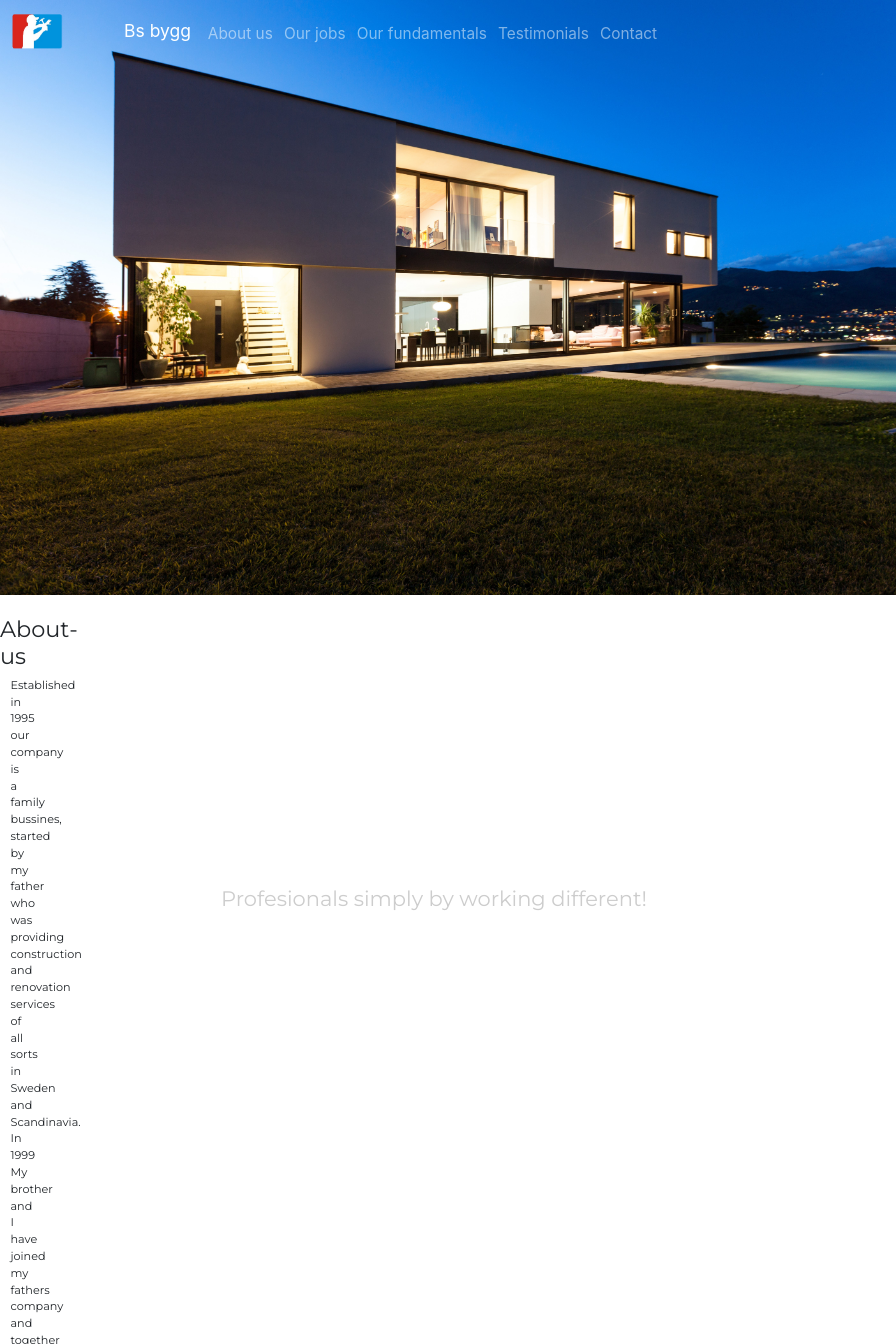
Repository: Bartie1982/milestone-project-1
Page: index.html
The author's editor kept a record of every edit. The page is drawn from the files as they stood at one moment, then again after the next edit.
The browser window is 1280 px wide. The pictures show the part of the page from y = 0 to 1920 px (the page is 5295 px tall before and 5165 px after), at 70% of full size.

Above is the page before.

After the next edit:
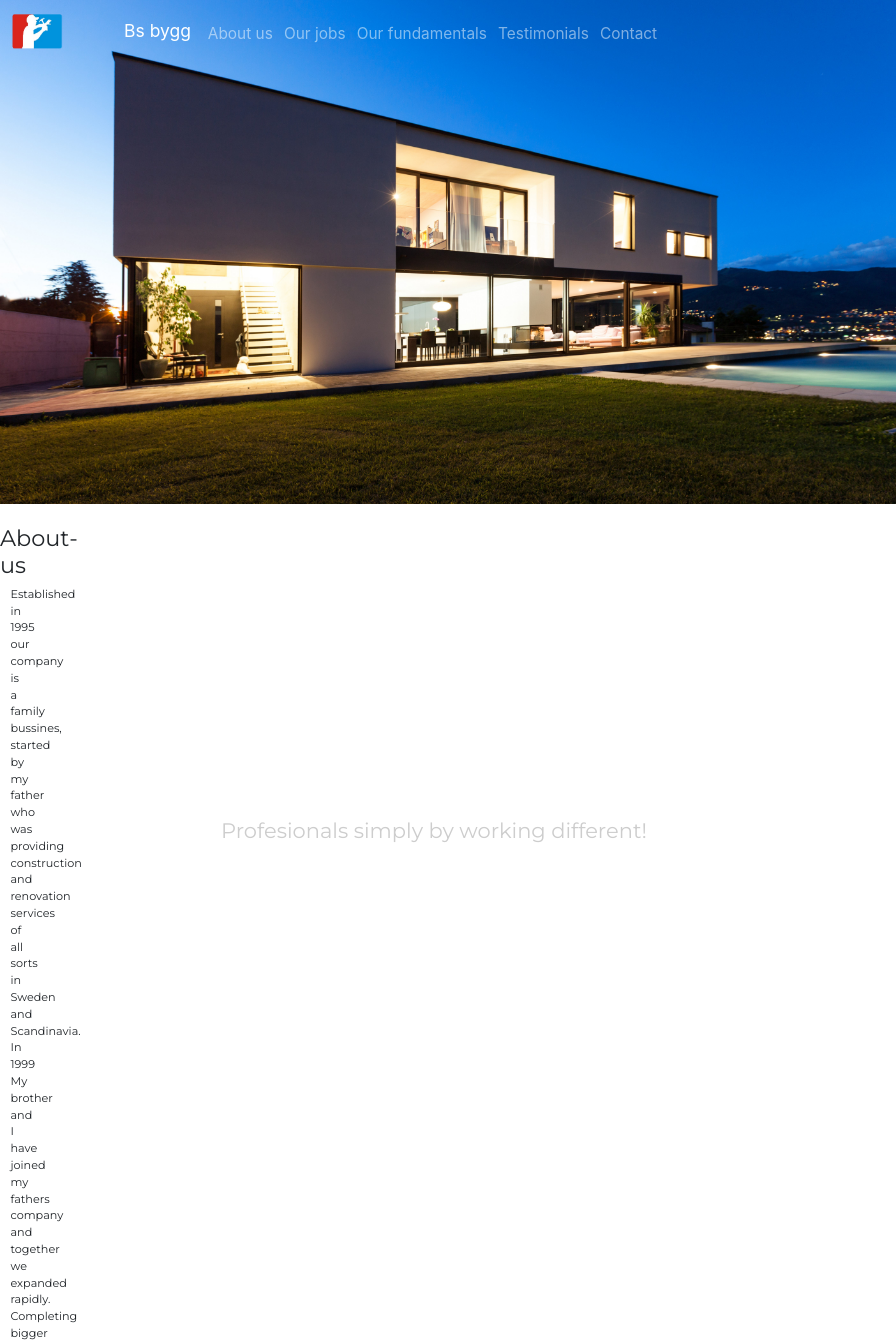
The edit:
--- a/assets/css/style.css
+++ b/assets/css/style.css
@@ -22,7 +22,7 @@
     background: url("../images/Villa1.jpg");
     background-repeat: no-repeat;
     background-size: cover;
-    height: 850px;
+
 
 }
 
